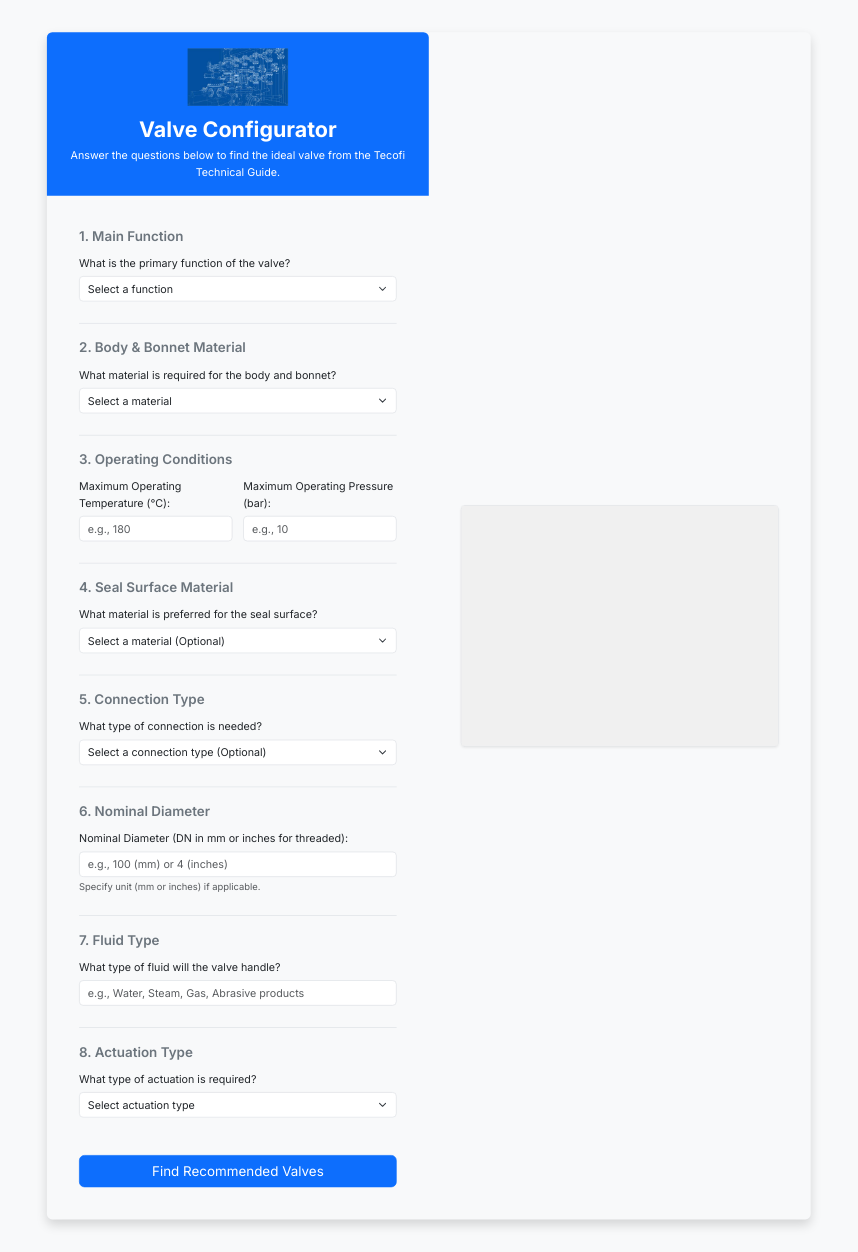
Repository: mauriciodelopez/Valve_config_II
Page: index.html
These files come from the project's save history. The page is drawn as it stood at one moment and after the next save; the edit follows.
The browser window is 1280 px wide. The pictures show the whole page, at 67% of full size.

Above is the page before, as saved 2025-07-21 15:37:21.

After the next save:
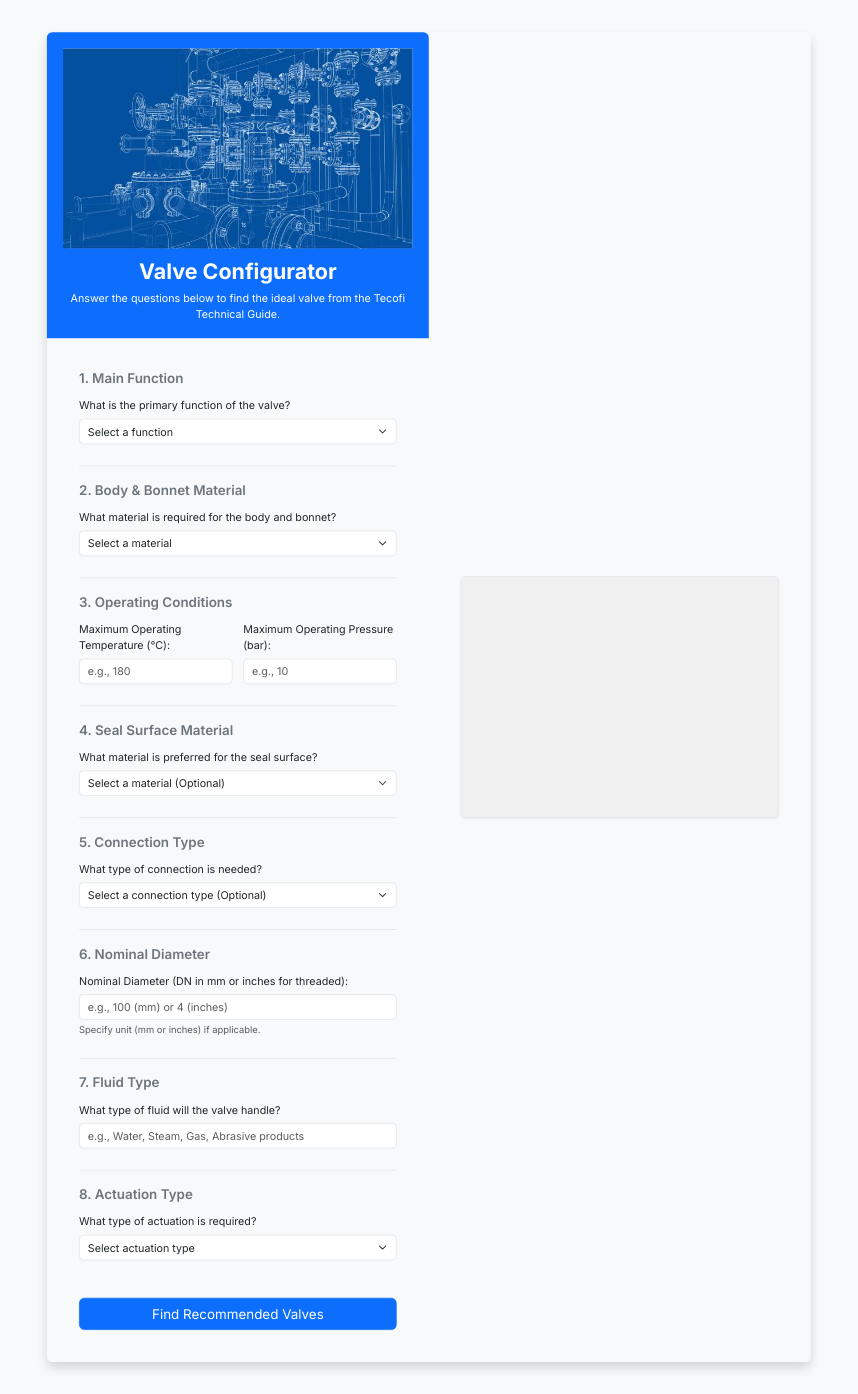
Saved 2 min 2 s later.
--- a/index.html
+++ b/index.html
@@ -23,7 +23,7 @@
                 <div class="bg-primary text-white p-4 rounded-top-3 rounded-lg-end-0">
                     <!-- Image added here -->
                     <div class="text-center mb-3">
-                        <img src="logo planta web configurateur.jpg" alt="Company Logo" class="img-fluid" style="max-width: 150px;">
+                        <img src="logo planta web configurateur.jpg" alt="Company Logo" class="img-fluid">
                     </div>
                     <h1 class="text-center mb-2 fs-2 fw-bold">Valve Configurator</h1>
                     <p class="text-center mb-0 fs-6">
